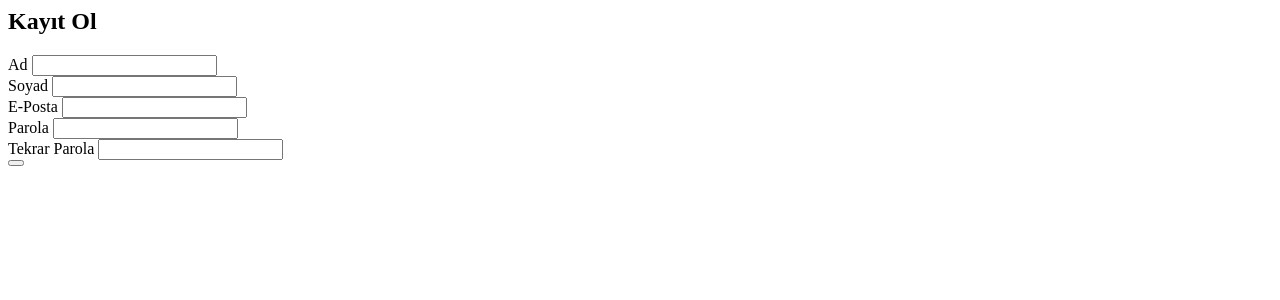
Repository: hakanozer/yazilim_uzmanligi_21_Aralilk_2024
Page: bitirme_projeleri/angular/Omer_Kafkas/src/app/pages/register/register.html
An editor plug-in stored every save of this project. The page is shown before and after the next save, followed by the edit.
The browser window is 1280 px wide. The pictures show the whole page.

Above is the page before, as saved 2025-08-31 22:34:15.

After the next save:
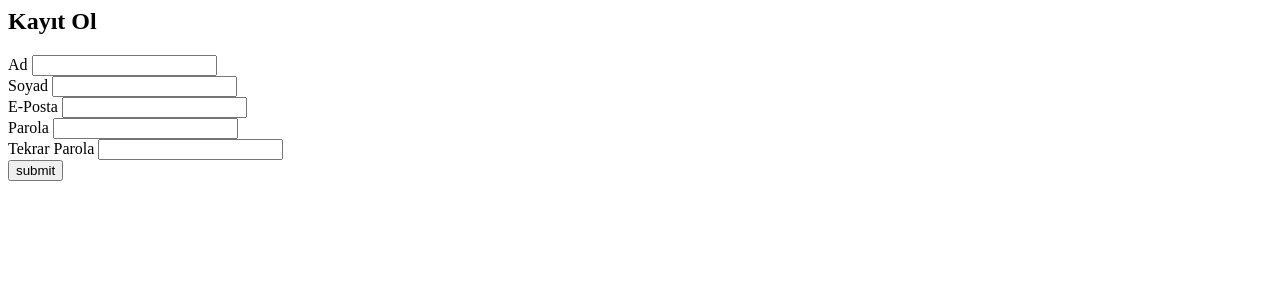
Saved 5 s later.
--- a/bitirme_projeleri/angular/Omer_Kafkas/src/app/pages/register/register.html
+++ b/bitirme_projeleri/angular/Omer_Kafkas/src/app/pages/register/register.html
@@ -25,6 +25,6 @@
             <input id="passwordAgain" type="password">
         </div>
 
-         <button></button>
+         <button>submit</button>
     </form>
 </div>
